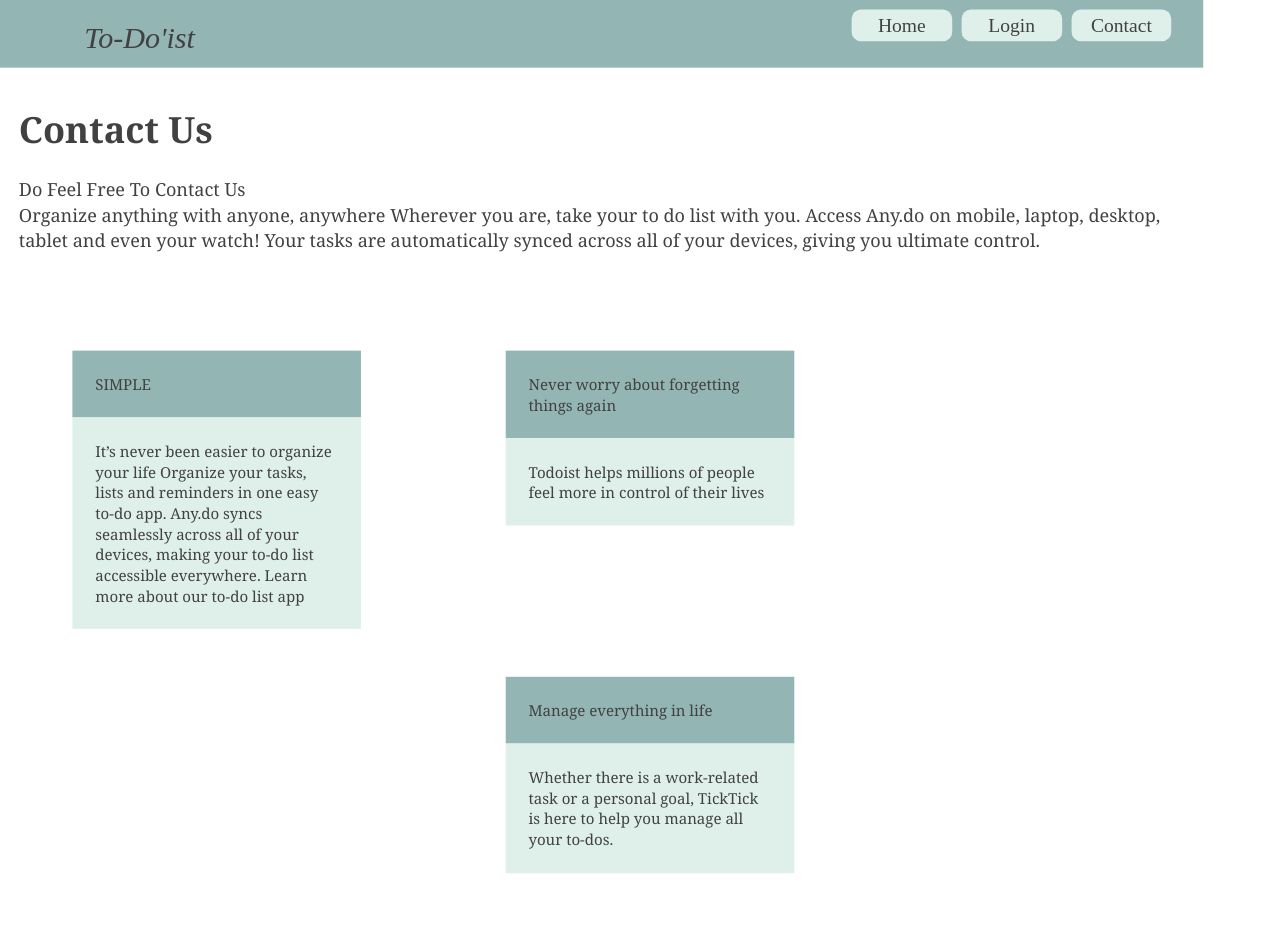
Repository: tavisca-pkadam/Todo-Website
Page: contact.html
An editor plug-in stored every save of this project. The page is shown before and after the next save, followed by the edit.
The browser window is 1280 px wide. The page is 1370 px wide, so the pictures cover 1370 px, including what lies to the right of the window. The pictures show the whole page, at 94% of full size.

Above is the page before, as saved 2019-08-22 14:04:38.
Console error: TypeError: Cannot set properties of null (setting 'onclick')

After the next save:
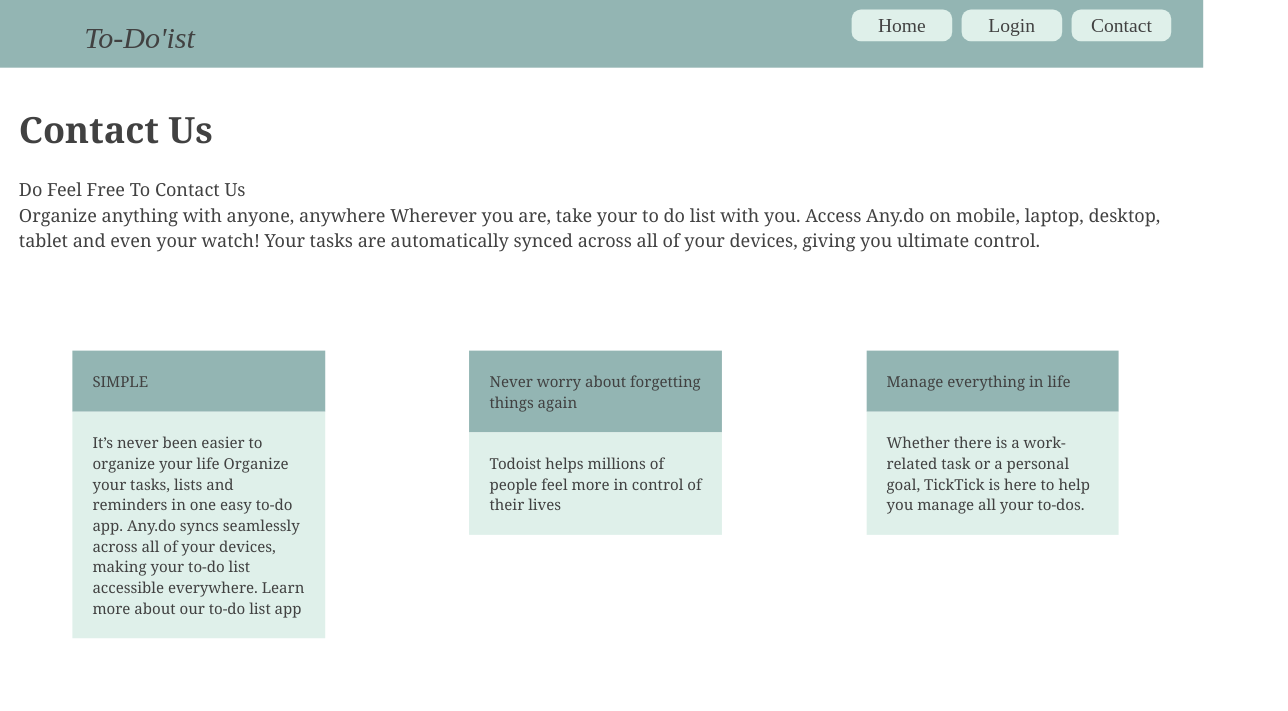
Saved 10 s later.
--- a/main2.css
+++ b/main2.css
@@ -438,7 +438,7 @@
       padding:6%;
       margin-top:1vh;
       /* background-color: #c8dad3; */
-      width: 24vw;
+      width: 21vw;
       float:left;
   }
 
